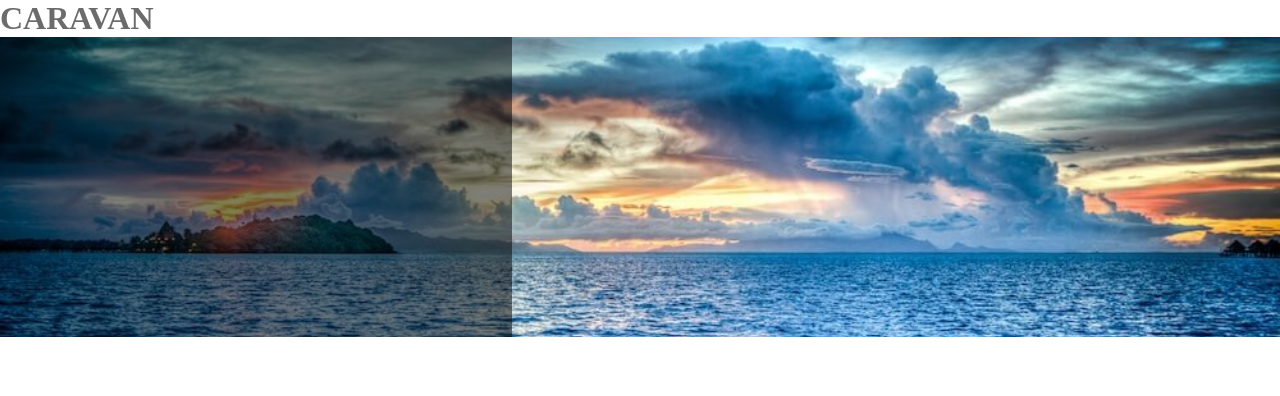
Repository: cacaobucks/git-practice
Page: caravan/index.html
The author's editor kept a record of every edit. The page is drawn from the files as they stood at one moment, then again after the next edit.
The browser window is 1280 px wide. The pictures show the whole page.

Above is the page before.

After the next edit:
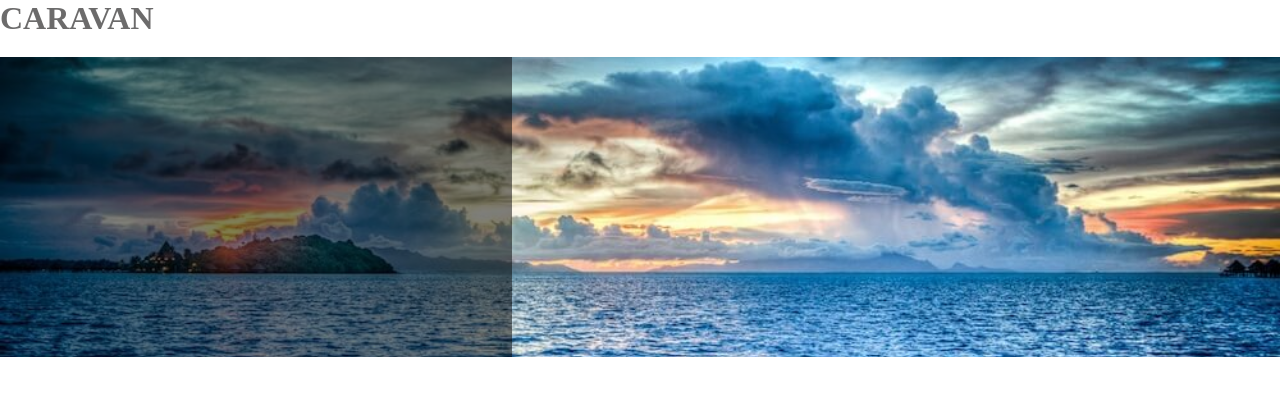
The edit:
--- a/caravan/index.html
+++ b/caravan/index.html
@@ -14,7 +14,10 @@
         </a>
      </h1>
 
-
+ <!-- navigation -->
+     <nav>
+       <ul class="nav-list"></ul>
+     </nav>
 
     <!-- main-visual用のdiv -->
     <div class="main-visual">
